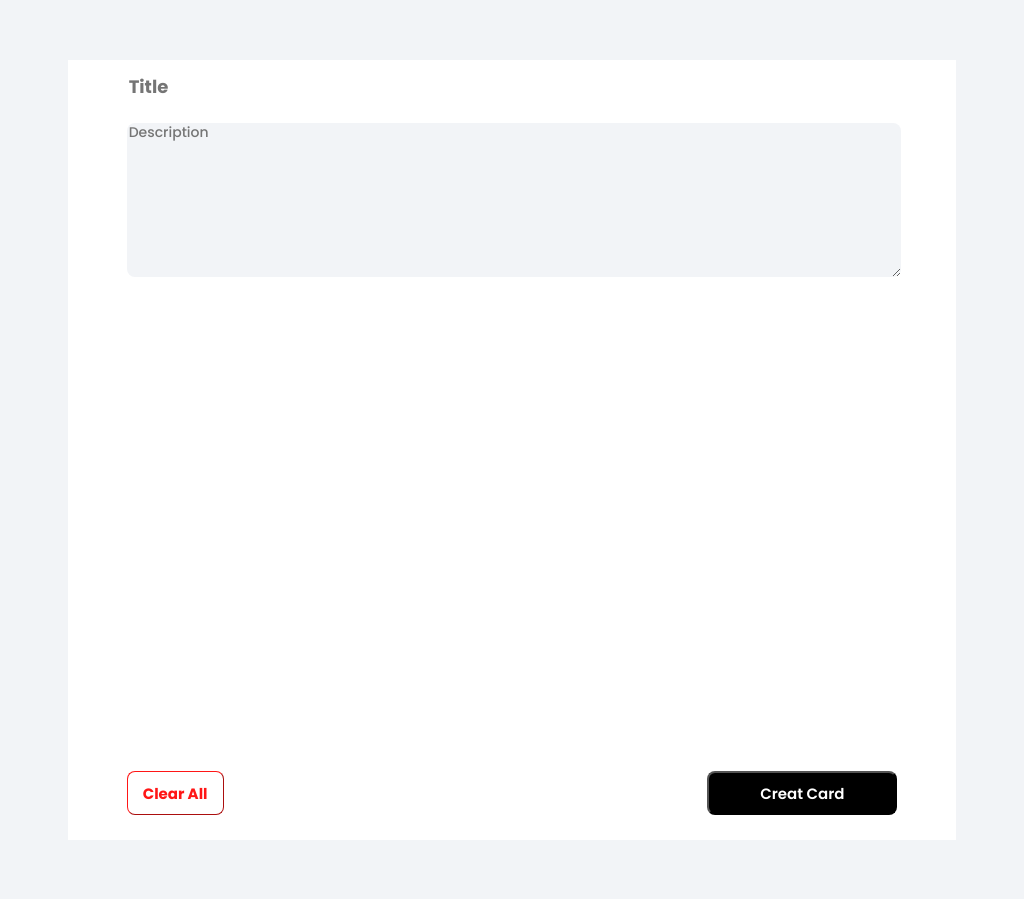
Repository: ReyhanehRahmani/TO-DO
Page: index.html
These files come from the project's save history. The page is drawn as it stood at one moment and after the next save; the edit follows.
The browser window is 1024 px wide. The pictures show the whole page.
Some web fonts or font styles are not loaded; a fallback is used.

Above is the page before, as saved 2025-06-08 14:13:07.

### index.html
<!DOCTYPE html>

<html lang="en">

    <head>

        <meta name="viewport" content="width=device-width, initial-scale=1.0" />

        <title>TO-DO</title>

        <link rel="icon" type="image/jpg" href="favicon.png">

        <link rel="stylesheet" href="style.css">

        <link rel="preconnect" href="https://fonts.googleapis.com">

        <link rel="preconnect" href="https://fonts.gstatic.com" crossorigin>

        <link href="https://fonts.googleapis.com/css2?family=Poppins:ital,wght@0,100;0,200;0,300;0,400;0,500;0,600;0,700;0,800;0,900;1,100;1,200;1,300;1,400;1,500;1,600;1,700;1,800;1,900&family=Sofia+Sans:ital,wght@0,1..1000;1,1..1000&display=swap" rel="stylesheet">

    </head>
    <body>
        <div id="side">

            <div id="main-card">
            <div id="content">
                <div >
                <div id="title">
                    <input type="text" id="titlebox" minlength="3" maxlength="30" placeholder="Title">
                </div>
                <div id="description">
                    <textarea type="text" id="descriptionbox" maxlength="200" placeholder="Description"></textarea>
                </div>
                </div>

                <div id="buttons">
                    <div id="clear"><button id="clearbut">Clear All</button></div>
                    <div id="creat"><button id="creatbut">Creat Card</button></div>
                </div>
            </div>

            </div>

            <div id="cardsContainer"></div>
        </div>

        <script src="script.js"></script>
    </body>

### style.css
@media screen and (max-width: 1279px){

body{
    background-color: #F2F4F7;
}



#main-card{
    margin-left: 6%;
    margin-right: 6%;
    margin-top: 6%;
    background-color: #FFFFFF;
}

#content{
    margin-right: 6.557377049%;
    margin-left: 6.557377049%;
    margin-top: 6.557377049%;
    margin-bottom: 6.557377049%;
}

#titlebox{
    font-family: 'Poppins';
    font-weight: 700;
    font-size: 18px;
    line-height: 150%;
    letter-spacing: -2%;
    border: none;
    width: 100%;
    height: 51px;
}

#descriptionbox{
    border: none;
    width: 100%;
    font-family: 'Poppins';
    font-weight: 500;
    font-size: 14px;
    line-height: 100%;
    letter-spacing: -3%;
    height: 150px;
    border-radius: 8px;
    background: #F2F4F7;

    margin-top: 10px;

}

#content{
    display: flex;
    flex-direction: column;
    justify-content: space-between;
    gap: 490px;
}

#buttons{
    display: flex;
    justify-content: space-between;
    gap: 12px;
    margin-bottom: 25px;
}

#clear{
    text-align: center;
    justify-content: center;
}

#clearbut{
    height: 44px;
    border-radius: 8px;
    border-width: 1.4px;
    border-color: #FF1616;
    background-color: #FFFFFF;
    font-family: 'Poppins';
    font-weight: 700;
    font-size: 15px;
    line-height: 100%;
    letter-spacing: -3%;
    color: #FF1616;
    white-space: nowrap;
    width: 97px;

}

#creat{
    text-align: center;
    justify-content: center;
}

#creatbut{
    height: 44px;
    border-radius: 8px;
    background: #000000;
    font-family: 'Poppins';
    font-weight: 600;
    font-size: 15px;
    line-height: 100%;
    letter-spacing: -3%;
    color: #FFFFFF;
    width: 190px;

}

.cardsContainer{
    justify-content: center;
}


.card {
    width: 76.923076923%;
    height: 238px;
    border-radius: 8px;
    background: #FCFCFD;
    box-shadow: 0px 0.5px 2px 0px #1018284D;
    justify-self: center;
    position: relative;
    margin-bottom: 24px;
}


.cardTitle{
    font-family: 'Poppins';
    font-weight: 700;
    font-size: 18px;
    line-height: 150%;
    letter-spacing: -2%;
    margin-left: 6.25%;
    padding-top: 4.1%;


}

.cardDate{
    font-family: 'Poppins';
    font-weight: 600;
    font-size: 13px;
    line-height: 150%;
    letter-spacing: -2%;
    margin-left: 6.25%;
    color: #98A2B3;
    margin-top: 6px;

}

.cardDesc{
    font-family: 'Poppins';
    font-weight: 500;
    font-size: 13px;
    line-height: 150%;
    letter-spacing: -2%;
    color: #98A2B3;
    margin-left: 6.25%;
    margin-top: 16px;
}

#todoTitle{
    font-family: 'Poppins';
    font-weight: 800;
    font-size: 32px;
    line-height: 100%;
    letter-spacing: -0.75%;
    color: #000000;
    margin-left: 12%;
    margin-bottom: 20px;
    margin-top: 80px;

}}

@media screen and (min-width: 1280px){


body, html {
    height: 100%;
    margin: 0;
    overflow: hidden;
    background-color: #F2F4F7;

}


#titlebox{
    font-family: 'Poppins';
    font-weight: 700;
    font-size: 18px;
    line-height: 150%;
    letter-spacing: -2%;
    border: none;
    width: 100%;
    height: 51px;
}

#descriptionbox{
    border: none;
    width: 100%;
    font-family: 'Poppins';
    font-weight: 500;
    font-size: 14px;
    line-height: 100%;
    letter-spacing: -3%;
    height: 150px;
    border-radius: 8px;
    background: #F2F4F7;

    margin-top: 10px;

}

#main-card{
    background-color: #FFFFFF;
    width: 25.31120332%;
    margin: 0%;
    height: 100vh;
}

#side{
  display: flex;
  flex-direction: row;
  height: 100vh;
  overflow: hidden;

}


#content{
    display: flex;
    flex-direction: column;
    justify-content: space-between;
    gap: 440px;
    margin-right: 6.557377049%;
    margin-left: 6.557377049%;
    margin-top: 6.557377049%;
    margin-bottom: 6.557377049%;
}

#buttons{
    display: flex;
    justify-content: space-between;
    gap: 12px;
    margin-bottom: 25px;
}

#clear{
    text-align: center;
    justify-content: center;
}

#clearbut{
    height: 44px;
    border-radius: 8px;
    border-width: 1.4px;
    border-color: #FF1616;
    background-color: #FFFFFF;
    font-family: 'Poppins';
    font-weight: 700;
    font-size: 15px;
    line-height: 100%;
    letter-spacing: -3%;
    color: #FF1616;
    white-space: nowrap;
    width: 97px;

}

#creat{
    text-align: center;
    justify-content: center;
}

#creatbut{
    height: 44px;
    border-radius: 8px;
    background: #000000;
    font-family: 'Poppins';
    font-weight: 600;
    font-size: 15px;
    line-height: 100%;
    letter-spacing: -3%;
    color: #FFFFFF;
    width: 190px;

}

#cardsContainer{
    overflow-y: auto;
    margin-left: 2%;
    height: 100vh;
    width: 22.130013831%;


}


.card {
    height: 238px;
    border-radius: 8px;
    background: #FCFCFD;
    box-shadow: 0px 0.5px 2px 0px #1018284D;
    position: relative;
    margin-bottom: 24px;

}


.cardTitle{
    font-family: 'Poppins';
    font-weight: 700;
    font-size: 18px;
    line-height: 150%;
    letter-spacing: -2%;
    margin-left: 6.25%;
    padding-top: 3.1%;


}

.cardDate{
    font-family: 'Poppins';
    font-weight: 600;
    font-size: 13px;
    line-height: 150%;
    letter-spacing: -2%;
    margin-left: 6.25%;
    color: #98A2B3;
    margin-top: 6px;

}

.cardDesc{
    font-family: 'Poppins';
    font-weight: 500;
    font-size: 13px;
    line-height: 150%;
    letter-spacing: -2%;
    color: #98A2B3;
    margin-left: 6.25%;
    margin-top: 16px;
}

#todoTitle{
    font-family: 'Poppins';
    font-weight: 800;
    font-size: 32px;
    line-height: 100%;
    letter-spacing: -0.75%;
    color: #000000;
    margin-left: 1%;
    margin-bottom: 20px;
    margin-top: 40px;

}

}

### script.js
document.getElementById("creatbut").onclick = function () {

    const title = document.getElementById("titlebox").value.trim();
    const desc = document.getElementById("descriptionbox").value.trim();

    const card = document.createElement("div");
    card.classList.add("card");

    const cardItems =document.createElement("div");
    card.classList.add("cardItem");

    card.appendChild(cardItems);

    const titleElem = document.createElement("div");
    titleElem.classList.add("cardTitle");
    titleElem.textContent = title;

    const dateElem = document.createElement("div");
    dateElem.classList.add("cardDate");

    const now = new Date();
    const day = now.getDate();
    const monthNames = ["January", "February", "March", "April", "May", "June","July", "August", "September", "October", "November", "December"];

    const month = monthNames[now.getMonth()];

    const formattedDate = day + " " + month;

    dateElem.textContent = formattedDate + " • " + " Assigned to Taha ";

    const descElem = document.createElement("div");
    descElem.classList.add("cardDesc");
    descElem.textContent = desc;

    cardItems.appendChild(titleElem);
    cardItems.appendChild(dateElem);
    cardItems.appendChild(descElem);

    document.getElementById("cardsContainer").appendChild(card);

    const container = document.getElementById("cardsContainer");

    if (!document.getElementById("todoTitle")) {
    const todo = document.createElement("div");
    todo.id = "todoTitle";
    todo.textContent = "TO DO";
    todo.classList.add("todoHeader");

    container.insertBefore(todo, container.firstChild);}



    document.getElementById("clearbut").addEventListener("click", function () {
    document.getElementById("titlebox").value = "";
    document.getElementById("descriptionbox").value = "";});


};

After the next save:
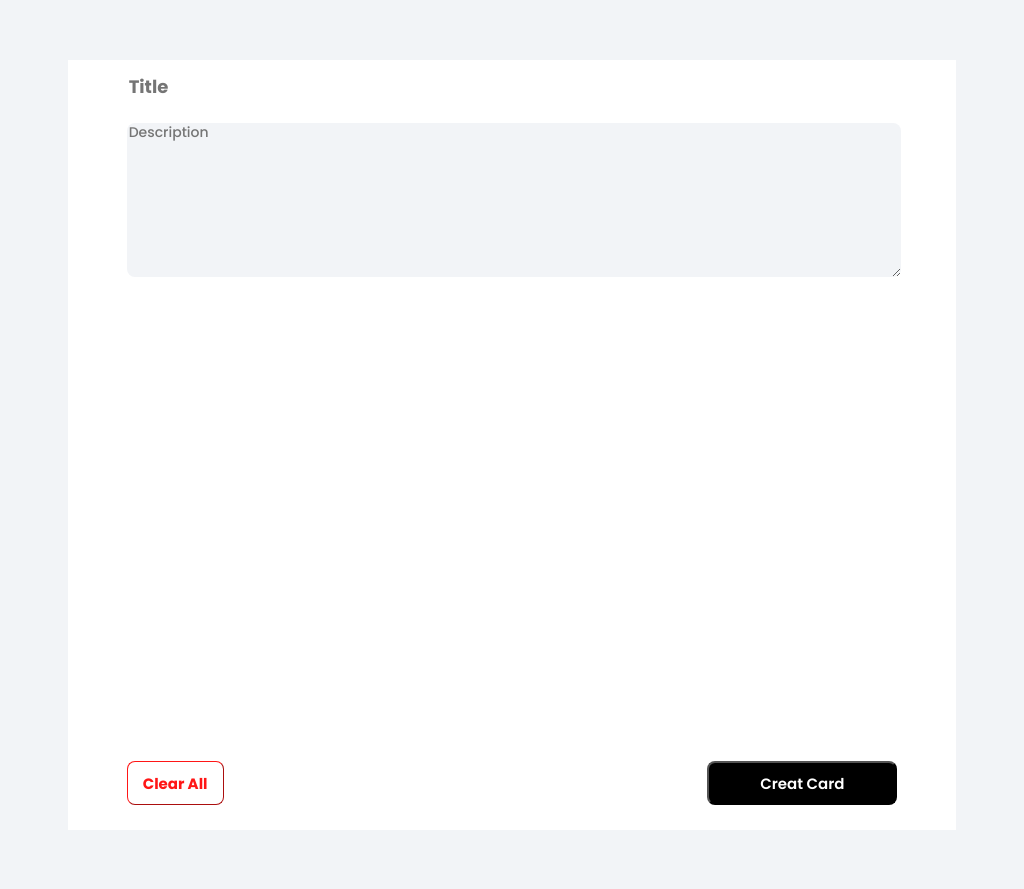
Saved 9 s later.
--- a/style.css
+++ b/style.css
@@ -51,7 +51,7 @@ body{
     display: flex;
     flex-direction: column;
     justify-content: space-between;
-    gap: 490px;
+    gap: 480px;
 }
 
 #buttons{
